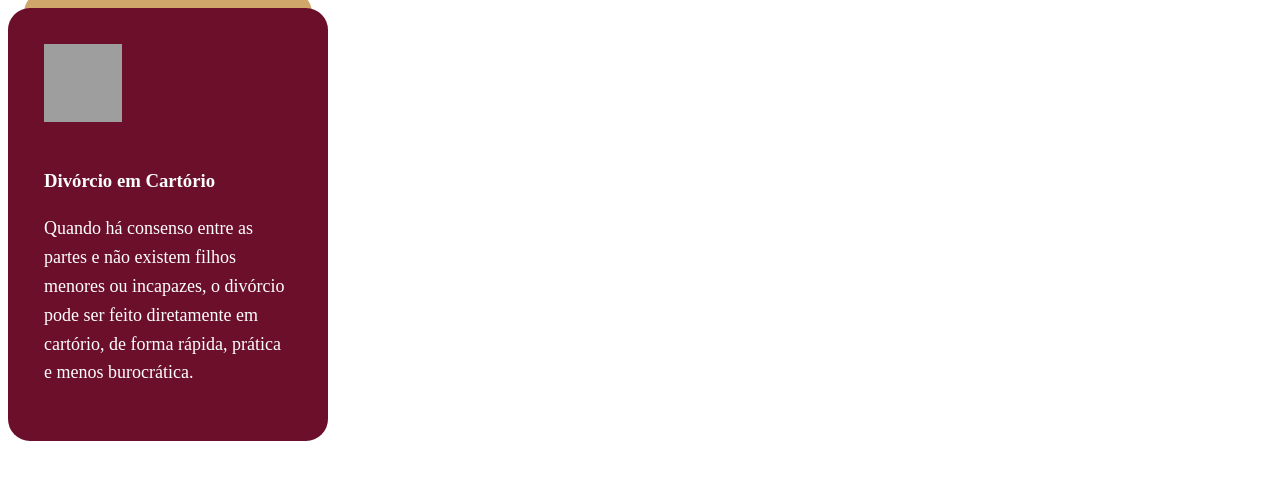
Repository: EmanuelVieiira/landing-page-advocacia
Page: teste.html
The author's editor kept a copy of each file at every save. The page is drawn from the files as they stood at one save, then again after the next save.
The browser window is 1280 px wide. The pictures show the whole page.
Pictures or frames that could not be fetched are drawn as grey boxes.

Above is the page before, as saved 2026-02-04 23:13:04.

After the next save:
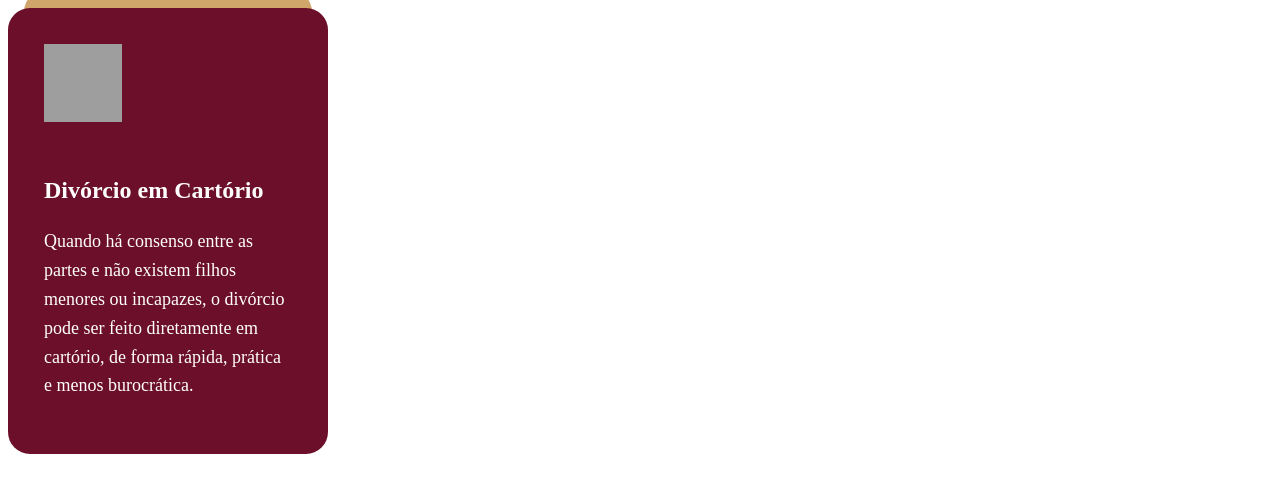
Saved 10 s later.
--- a/teste.html
+++ b/teste.html
@@ -20,7 +20,7 @@
   height: 78px;
   margin-bottom: 1px;
 }
-.text h1 {
+.text h3 {
   font-size: 24px;
   margin-bottom: 12px;
 }

After the 3 saves that followed:
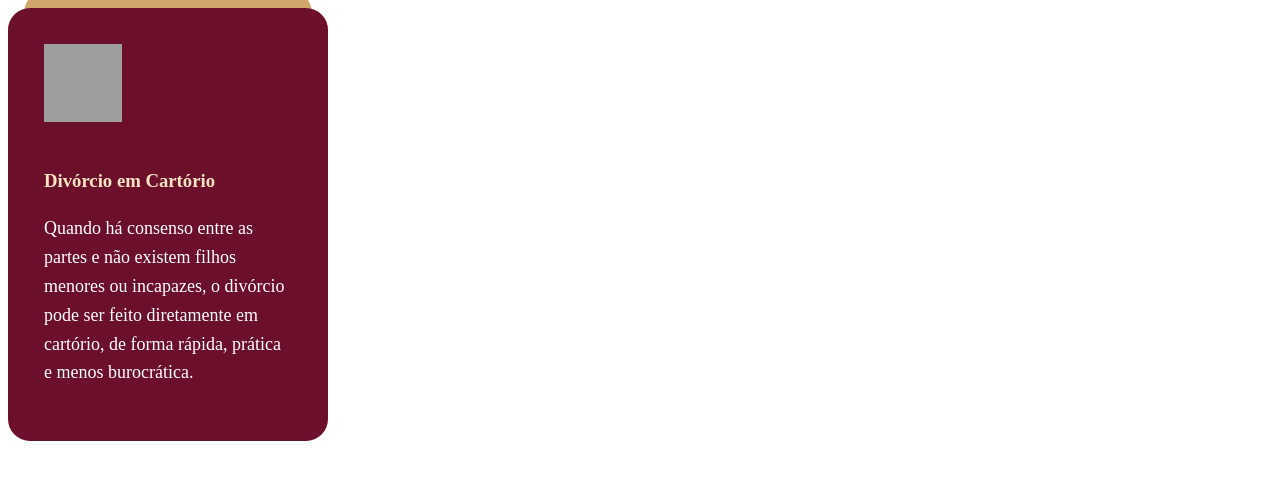
The 3 saves are shown as one change because they came seconds apart.
The last was saved 10 s later.
--- a/teste.html
+++ b/teste.html
@@ -21,8 +21,7 @@
   margin-bottom: 1px;
 }
 .text h3 {
-  font-size: 24px;
-  margin-bottom: 12px;
+ color: bisque;
 }
 .content {
   display: flex;
